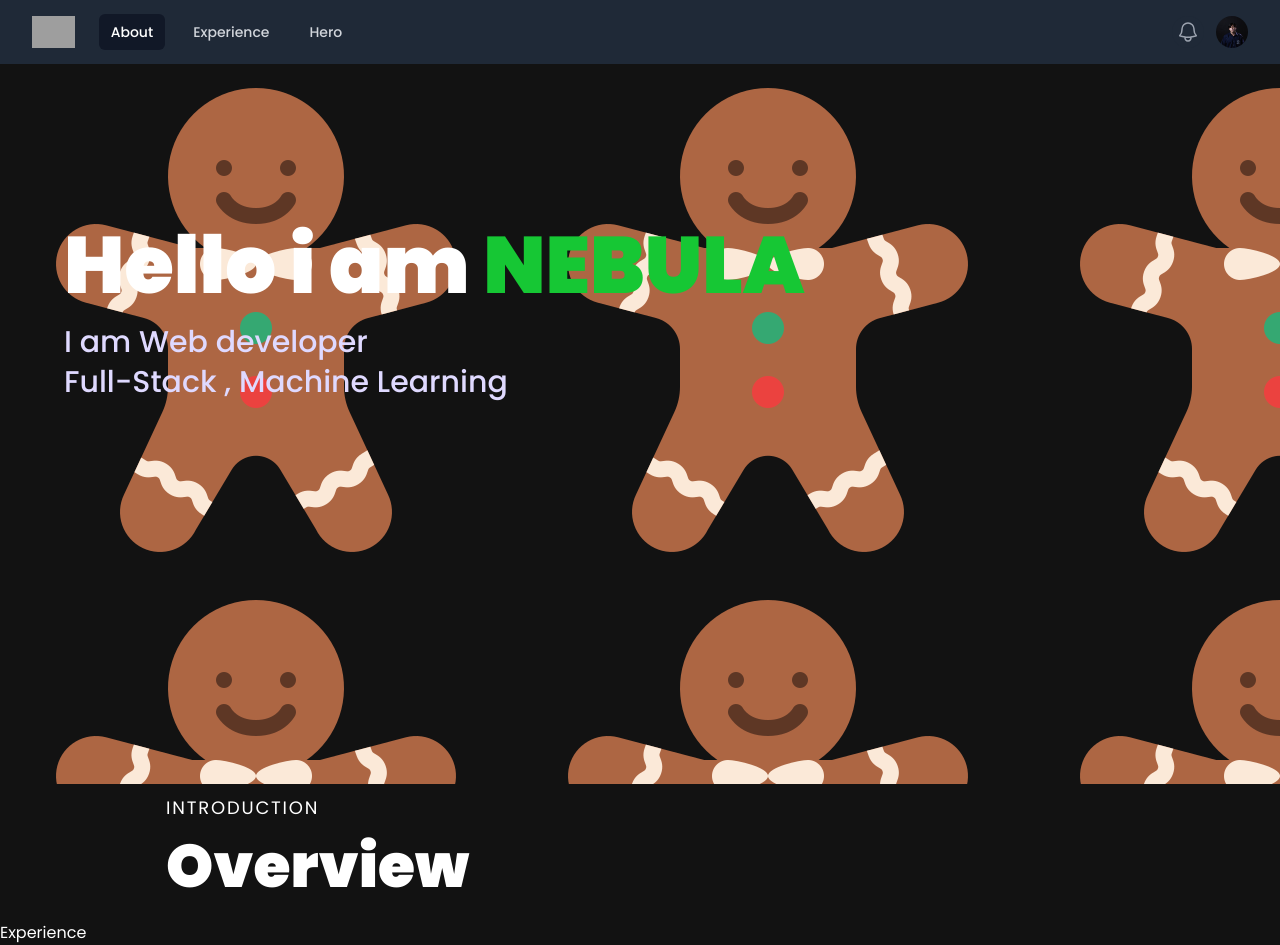
Repository: supakorn5039-boon/React-f
Page: /
An editor plug-in stored every save of this project. The page is shown before and after a run of saves, followed by the edit.
The browser window is 1280 px wide. The pictures show the whole page.
Pictures or frames that could not be fetched are drawn as grey boxes. The project was rebuilt for these pictures with package versions that can differ from the ones it lists, and the page was loaded fresh each time. Also part of the build but not shown: vite.config.js.

Above is the page before, as saved 2024-01-09 16:54:33.

### src/App.jsx
import Navbar from "./components/navbar";
import Hero from "./components/Hero";
import About from "./components/About";
import Experience from "./components/Experience";

export default function App() {
  return (
    <>
      <Navbar />
      <Hero />
      <About />
      <Experience />
    </>
  );
}

### src/index.css
@import url("https://fonts.googleapis.com/css2?family=Poppins:wght@100;200;300;400;500;600;700;800;900&display=swap");

@tailwind base;
@tailwind components;
@tailwind utilities;

* {
  margin: 0;
  padding: 0;
  box-sizing: border-box;
  font-family: "Poppins", sans-serif;
  scroll-behavior: smooth;
  color-scheme: dark;
}
.bg-boon {
  background-image: url("./assets/gingerbread-man.png");
}
.section {
  position: absolute;
  inset: 0;
  top: 120px;
  max-width: 7xl;
  margin: 0 auto;
  padding-left: 6rem;
  padding-right: 6rem;
  display: flex;
  flex-direction: row;
  align-items: flex-start;
  gap: 1.25rem; /* This corresponds to 5 units in "rem" */
}
.heroHeadText {
  font-weight: 900;
  color: white;
  font-size: 80px;
  line-height: 98px;
  margin-top: 2rem;
}

@media (max-width: 1023px) {
  .heroHeadText {
    font-size: 60px;
  }
}

@media (max-width: 767px) {
  .heroHeadText {
    font-size: 50px;
  }
}

@media (max-width: 575px) {
  .heroHeadText {
    font-size: 40px;
  }
}

.heroSubText {
  font-weight: 500;
  color: #dfd9ff;
  font-size: 30px;
  line-height: 40px;
}

@media (max-width: 1023px) {
  .heroSubText {
    font-size: 26px;
  }
}

@media (max-width: 767px) {
  .heroSubText {
    font-size: 20px;
  }
}

@media (max-width: 575px) {
  .heroSubText {
    font-size: 16px;
  }
}

.sectionHeadText {
  color: white;
  font-weight: 900;
  font-size: 60px;
}

@media (max-width: 767px) {
  .sectionHeadText {
    font-size: 50px;
  }
}

@media (max-width: 575px) {
  .sectionHeadText {
    font-size: 40px;
  }
}

.sectionSubText {
  font-size: 18px;
  text-transform: uppercase;
  letter-spacing: 0.1em;
  color: var(--text-secondary);
}

@media (max-width: 767px) {
  .sectionSubText {
    font-size: 18px;
  }
}

.about-head {
  padding: 10px 6px; /* Default padding values */
  max-width: calc(100% - 20rem); /* Adjust the value according to your needs */
  margin: 0 auto;
  position: relative;
  z-index: 0;
}

@media (min-width: 640px) {
  .myElement {
    padding: 16px 6px; /* Updated padding for sm screen size */
  }
}

.about-text {
  margin-top: 1rem; /* Equivalent to mt-4 */
  color: white; /* Assuming --text-secondary is defined */
  font-size: 17px;
  max-width: 48rem; /* Equivalent to max-w-3xl */
  line-height: 1.875rem; /* Equivalent to leading-[30px] */
}

### src/components/navbar.jsx
import { Fragment } from "react";
import { Disclosure, Menu, Transition } from "@headlessui/react";
import { Bars3Icon, BellIcon, XMarkIcon } from "@heroicons/react/24/outline";
import boon from "../assets/Photo.jpg";
const navigation = [
  { name: "About", href: "#about", current: true },
  { name: "Experience", href: "#experience", current: false },
  { name: "Hero", href: "#hero", current: false },
];

function classNames(...classes) {
  return classes.filter(Boolean).join(" ");
}

export default function Navbar() {
  return (
    <Disclosure as="nav" className="bg-gray-800">
      {({ open }) => (
        <>
          <div className="mx-auto max-w-7xl px-2 sm:px-6 lg:px-8">
            <div className="relative flex h-16 items-center justify-between">
              <div className="absolute inset-y-0 left-0 flex items-center sm:hidden">
                {/* Mobile menu button*/}
                <Disclosure.Button className="relative inline-flex items-center justify-center rounded-md p-2 text-gray-400 hover:bg-gray-700 hover:text-white focus:outline-none focus:ring-2 focus:ring-inset focus:ring-white">
                  <span className="absolute -inset-0.5" />
                  <span className="sr-only">Open main menu</span>
                  {open ? (
                    <XMarkIcon className="block h-6 w-6" aria-hidden="true" />
                  ) : (
                    <Bars3Icon className="block h-6 w-6" aria-hidden="true" />
                  )}
                </Disclosure.Button>
              </div>
              <div className="flex flex-1 items-center justify-center sm:items-stretch sm:justify-start">
                <div className="flex flex-shrink-0 items-center">
                  <img
                    className="h-8 w-auto"
                    src="https://tailwindui.com/img/logos/mark.svg?color=indigo&shade=500"
                    alt="Your Company"
                  />
                </div>
                <div className="hidden sm:ml-6 sm:block">
                  <div className="flex space-x-4">
                    {navigation.map((item) => (
                      <a
                        key={item.name}
                        href={item.href}
                        className={classNames(
                          item.current
                            ? "bg-gray-900 text-white"
                            : "text-gray-300 hover:bg-gray-700 hover:text-white",
                          "rounded-md px-3 py-2 text-sm font-medium"
                        )}
                        aria-current={item.current ? "page" : undefined}
                      >
                        {item.name}
                      </a>
                    ))}
                  </div>
                </div>
              </div>
              <div className="absolute inset-y-0 right-0 flex items-center pr-2 sm:static sm:inset-auto sm:ml-6 sm:pr-0">
                <button
                  type="button"
                  className="relative rounded-full bg-gray-800 p-1 text-gray-400 hover:text-white focus:outline-none focus:ring-2 focus:ring-white focus:ring-offset-2 focus:ring-offset-gray-800"
                >
                  <span className="absolute -inset-1.5" />
                  <span className="sr-only">View notifications</span>
                  <BellIcon className="h-6 w-6" aria-hidden="true" />
                </button>

                {/* Profile dropdown */}
                <Menu as="div" className="relative ml-3">
                  <div>
                    <Menu.Button className="relative flex rounded-full bg-gray-800 text-sm focus:outline-none focus:ring-2 focus:ring-white focus:ring-offset-2 focus:ring-offset-gray-800">
                      <span className="absolute -inset-1.5" />
                      <span className="sr-only">Open user menu</span>
                      <img className="h-8 w-8 rounded-full" src={boon} alt="" />
                    </Menu.Button>
                  </div>
                  <Transition
                    as={Fragment}
                    enter="transition ease-out duration-100"
                    enterFrom="transform opacity-0 scale-95"
                    enterTo="transform opacity-100 scale-100"
                    leave="transition ease-in duration-75"
                    leaveFrom="transform opacity-100 scale-100"
                    leaveTo="transform opacity-0 scale-95"
                  >
                    <Menu.Items className="absolute right-0 z-10 mt-2 w-48 origin-top-right rounded-md bg-white py-1 shadow-lg ring-1 ring-black ring-opacity-5 focus:outline-none">
                      <Menu.Item>
                        {({ active }) => (
                          <a
                            href="#"
                            className={classNames(
                              active ? "bg-gray-100" : "",
                              "block px-4 py-2 text-sm text-gray-700"
                            )}
                          >
                            Your Profile
                          </a>
                        )}
                      </Menu.Item>
                      <Menu.Item>
                        {({ active }) => (
                          <a
                            href="#"
                            className={classNames(
                              active ? "bg-gray-100" : "",
                              "block px-4 py-2 text-sm text-gray-700"
                            )}
                          >
                            Settings
                          </a>
                        )}
                      </Menu.Item>
                      <Menu.Item>
                        {({ active }) => (
                          <a
                            href="#"
                            className={classNames(
                              active ? "bg-gray-100" : "",
                              "block px-4 py-2 text-sm text-gray-700"
                            )}
                          >
                            Sign out
                          </a>
                        )}
                      </Menu.Item>
                    </Menu.Items>
                  </Transition>
                </Menu>
              </div>
            </div>
          </div>

          <Disclosure.Panel className="sm:hidden">
            <div className="space-y-1 px-2 pb-3 pt-2">
              {navigation.map((item) => (
                <Disclosure.Button
                  key={item.name}
                  as="a"
                  href={item.href}
                  className={classNames(
                    item.current
                      ? "bg-gray-900 text-white"
                      : "text-gray-300 hover:bg-gray-700 hover:text-white",
                    "block rounded-md px-3 py-2 text-base font-medium"
                  )}
                  aria-current={item.current ? "page" : undefined}
                >
                  {item.name}
                </Disclosure.Button>
              ))}
            </div>
          </Disclosure.Panel>
        </>
      )}
    </Disclosure>
  );
}

### src/components/Hero.jsx
export default function Hero() {
  return (
    <section className="relative w-full h-screen mx-auto bg-boon">
      <div className="absolute inset-0 top-[120px] mx-w-7xl mx-auto sm:px-16 px-6 flex flex-auto">
        <div>
          <h1 className="heroHeadText">
            Hello i am <span className="text-[#16c734]">NEBULA</span>
          </h1>
          <p className="heroSubText mt-2 text-white-100">
            I am Web developer <br />
            Full-Stack , Machine Learning
          </p>
        </div>
      </div>
    </section>
  );
}

### src/components/About.jsx
const About = () => {
  return (
    <div className="about-head">
      <div className="sectionSubText">Introduction</div>
      <h2 className="sectionHeadText">Overview</h2>
    </div>
  );
};

export default About;

Loaded but not shown: index.html (common file); src/main.jsx (common file); src/components/Experience.jsx (common file); tailwind.config.js (common file)

After the next 2 saves:
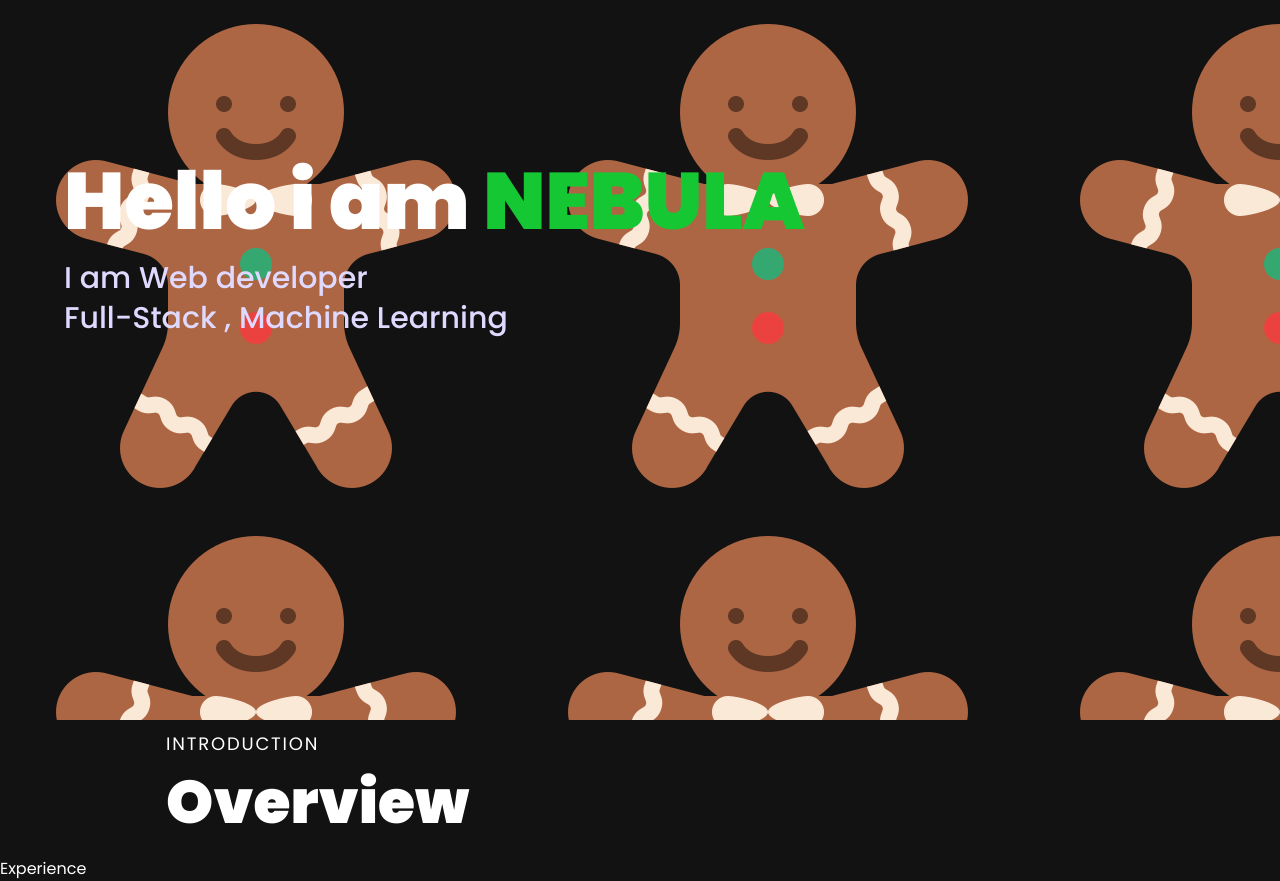
The 2 saves are shown as one change because they came seconds apart.
The last was saved 26 s later.
--- a/src/App.jsx
+++ b/src/App.jsx
@@ -1,4 +1,3 @@
-import Navbar from "./components/navbar";
 import Hero from "./components/Hero";
 import About from "./components/About";
 import Experience from "./components/Experience";
@@ -6,7 +5,6 @@
 export default function App() {
   return (
     <>
-      <Navbar />
       <Hero />
       <About />
       <Experience />

After the save that followed:
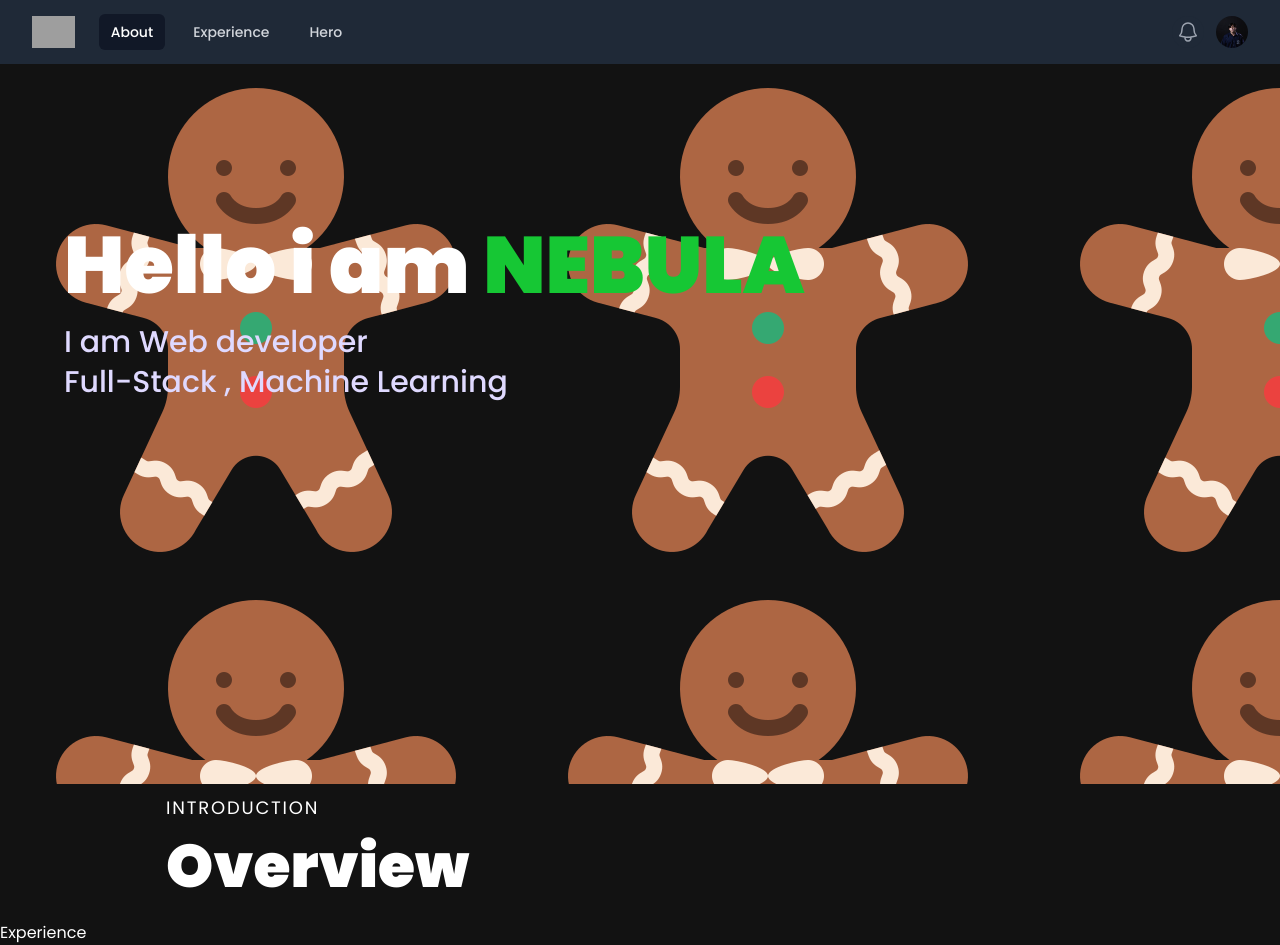
Saved 7 s later.
--- a/src/App.jsx
+++ b/src/App.jsx
@@ -1,3 +1,4 @@
+import Navbar from "./components/navbar";
 import Hero from "./components/Hero";
 import About from "./components/About";
 import Experience from "./components/Experience";
@@ -5,6 +6,7 @@
 export default function App() {
   return (
     <>
+      <Navbar />
       <Hero />
       <About />
       <Experience />
